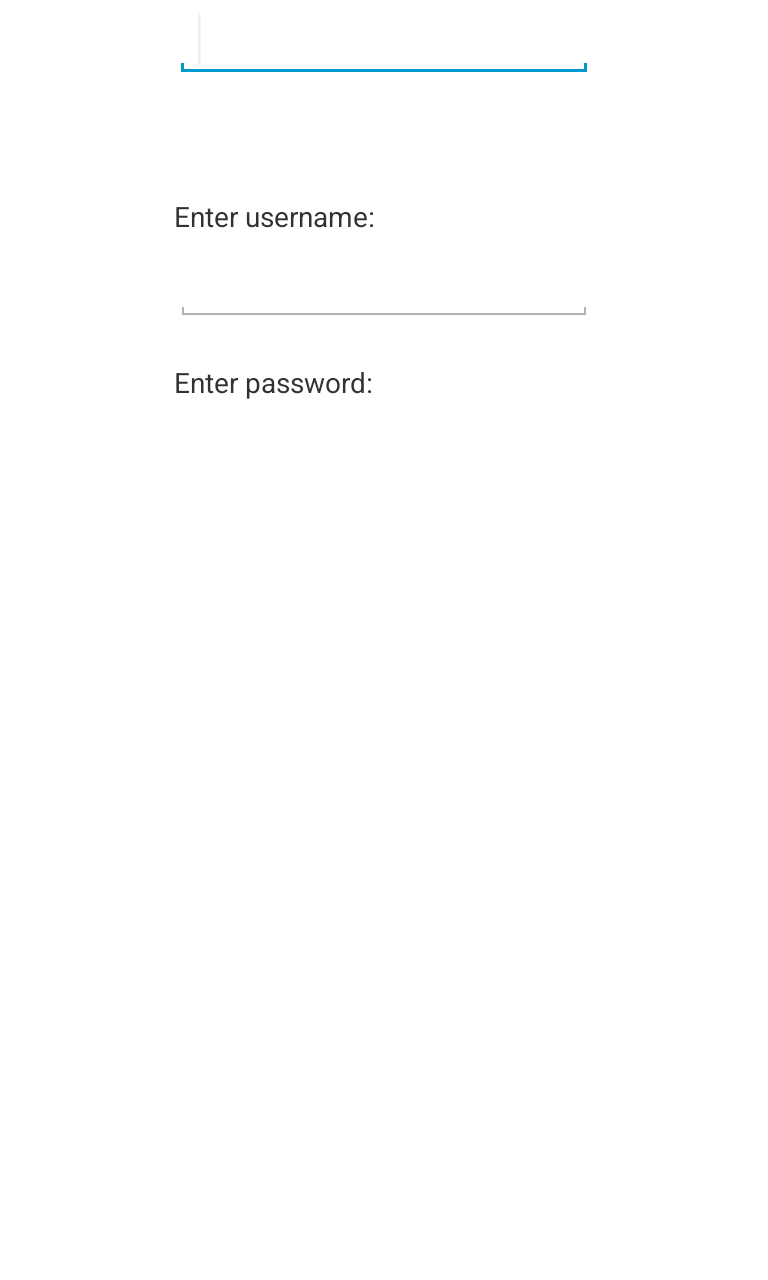
Repository: Codlex/JSMS
Layout: AndroidClient/res/layout/activity_main.xml
An editor plug-in stored every save of this project. The layout is shown before and after a run of saves, followed by the edit.
It is drawn on a 768 x 1280 px phone screen (xhdpi) without system bars, with theme AppTheme; the app's code is not run.

Above is the layout before, as saved 2013-01-04 14:34:42.

After the next 2 saves:
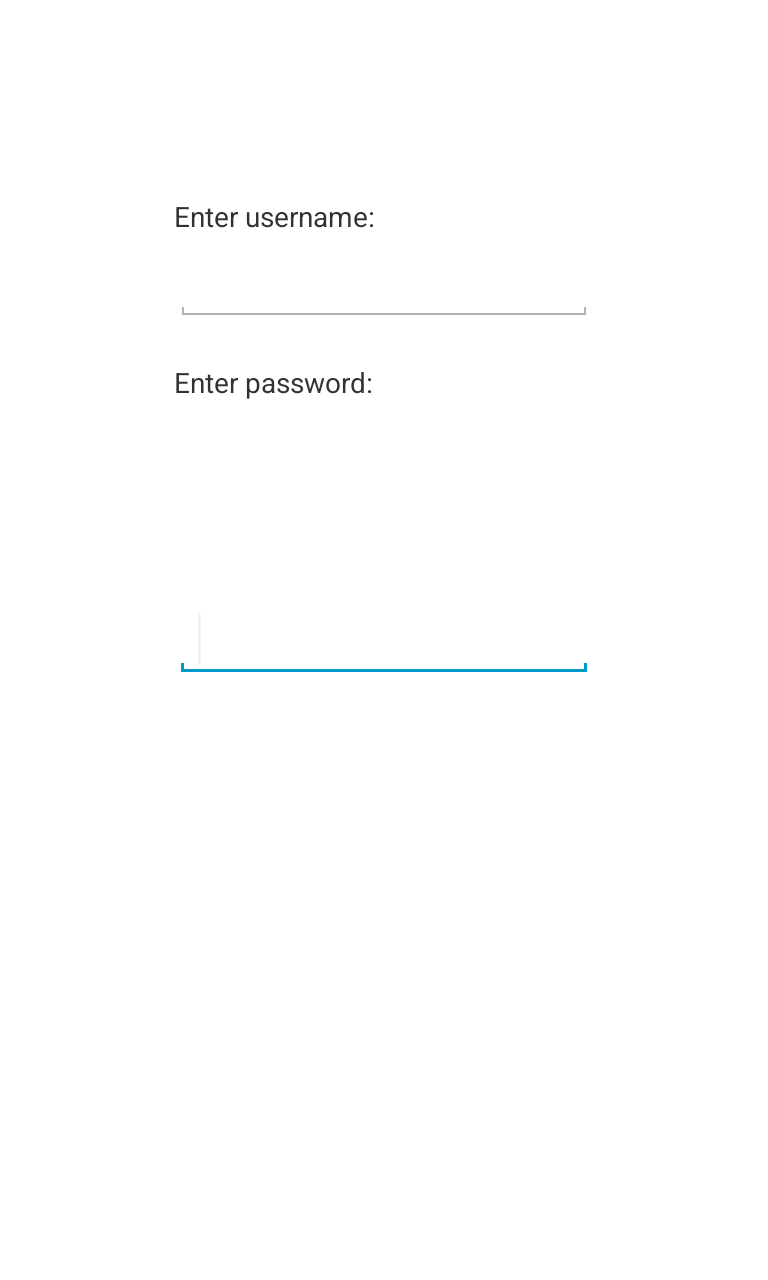
The 2 saves are shown as one change because they came seconds apart.
The last was saved 8 s later.
--- a/AndroidClient/res/layout/activity_main.xml
+++ b/AndroidClient/res/layout/activity_main.xml
@@ -41,7 +41,6 @@
         android:layout_height="wrap_content"
         android:layout_alignLeft="@+id/text2"
         android:layout_centerVertical="true"
-        android:layout_alignParentTop="true"
         android:ems="10"
         android:inputType="textPassword" >
 
